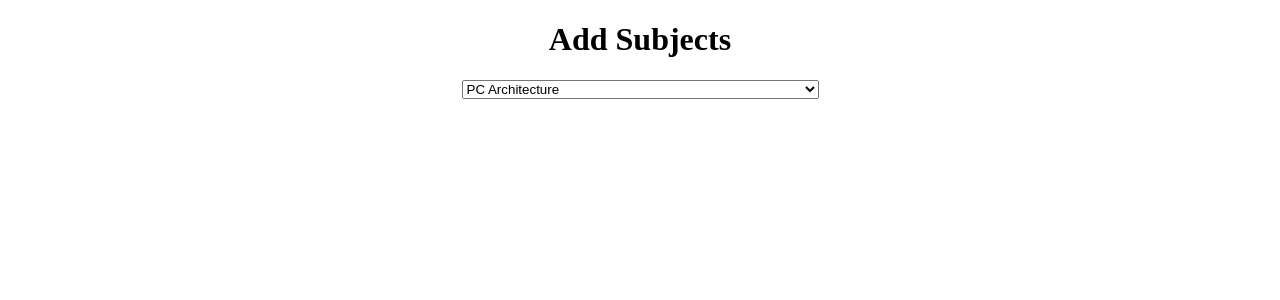
Repository: Gauravsh20/CollegeProject
Page: http://localhost/Clg_project/Add_Subjects.jsp
An editor plug-in stored every save of this project. The page is shown before and after the next save, followed by the edit.
The browser window is 1280 px wide. The pictures show the whole page.
The page is served by Tomcat 9. Other server files are loaded and not shown.

Above is the page before, as saved 2022-10-25 06:46:53.
Console error: SyntaxError: Unexpected token '}'

### Clg_project/src/main/webapp/Add_Subjects.jsp
<%@ taglib uri="http://java.sun.com/jsp/jstl/core" prefix="c" %>
<%@ page language="java" contentType="text/html; charset=ISO-8859-1"
    pageEncoding="ISO-8859-1"%>
<!DOCTYPE html>
<html>
<head>
<meta charset="ISO-8859-1">
<title>Insert title here</title>
<script src="https://code.jquery.com/jquery-3.5.1.min.js"></script>
</head>
<body>
<script>
$(function(){
    $('#subject').hover(function() {
    	alert('Pleae Enter your name! The input field is empty');
    },

});
</script>
<center>
<h1>Add Subjects</h1>
<form action="">
<select id="subject" name="subject">
<option  value = "PC Architecture">PC Architecture</option>
<option value = "PC Hardware 1">PC Hardware 1</option>
<option value = "PC Hardware 2">PC Hardware 1</option>
<option value = "Microprocessor Interfacing devices & Embedded System">Microprocessor Interfacing devices & Embedded System</option>
<option value = "C#">C#</option>
<option value = "Data Structures">Data Structures</option>
<option value = "Operating System">Operating System</option>
<option value = "SQL Server">SQL Server</option>
</select> <br/><br/>
<c:out value="${c1}"></c:out>
<c:if test="${param.subject!=null}">
	<c:set var="c1" value="Gaurav"/>
</c:if>
</form>
</center>
</body>
</html>

After the next save:
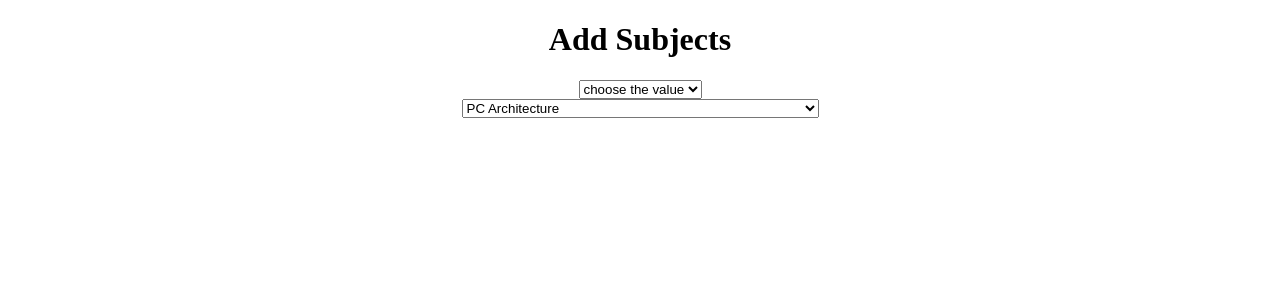
Saved 2 min 5 s later.
--- a/Clg_project/src/main/webapp/Add_Subjects.jsp
+++ b/Clg_project/src/main/webapp/Add_Subjects.jsp
@@ -19,6 +19,14 @@
 </script>
 <center>
 <h1>Add Subjects</h1>
+<select id = "optionselect">
+<option value = "" selected disable> choose the value </option>
+<option value = "1"> Tutorial </option>
+<option value = "2"> Study material </option>
+<option value = "3"> Subject Notes </option>
+<option value = "4"> Subject Guidline </option>
+</select>
+
 <form action="">
 <select id="subject" name="subject">
 <option  value = "PC Architecture">PC Architecture</option>

After the 3 saves that followed:
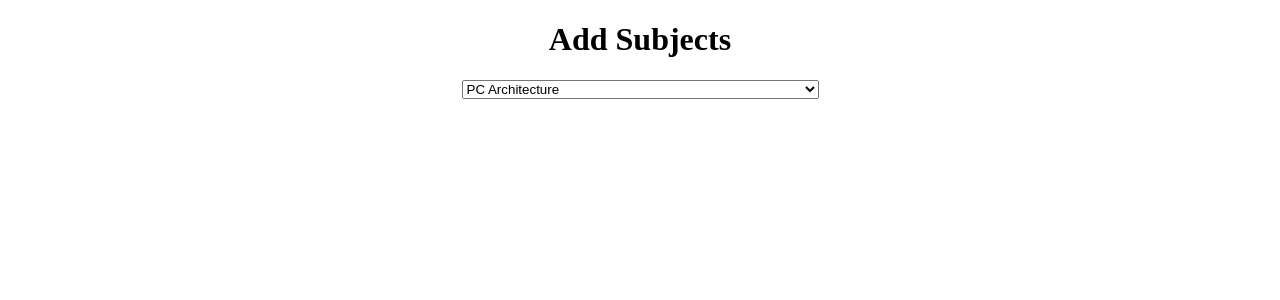
The error is gone.
The 3 saves are shown as one change because 2 left the picture as it was.
The last was saved 2 min 14 s later.
--- a/Clg_project/src/main/webapp/Add_Subjects.jsp
+++ b/Clg_project/src/main/webapp/Add_Subjects.jsp
@@ -10,22 +10,15 @@
 </head>
 <body>
 <script>
-$(function(){
-    $('#subject').hover(function() {
-    	alert('Pleae Enter your name! The input field is empty');
-    },
-
-});
+    $(document) .ready(function() {
+    	$("#subject").change(function(){
+    	var values=$("#subject option:selected");
+    	alert(values.text());
+    	});
+    	});
 </script>
 <center>
 <h1>Add Subjects</h1>
-<select id = "optionselect">
-<option value = "" selected disable> choose the value </option>
-<option value = "1"> Tutorial </option>
-<option value = "2"> Study material </option>
-<option value = "3"> Subject Notes </option>
-<option value = "4"> Subject Guidline </option>
-</select>
 
 <form action="">
 <select id="subject" name="subject">
